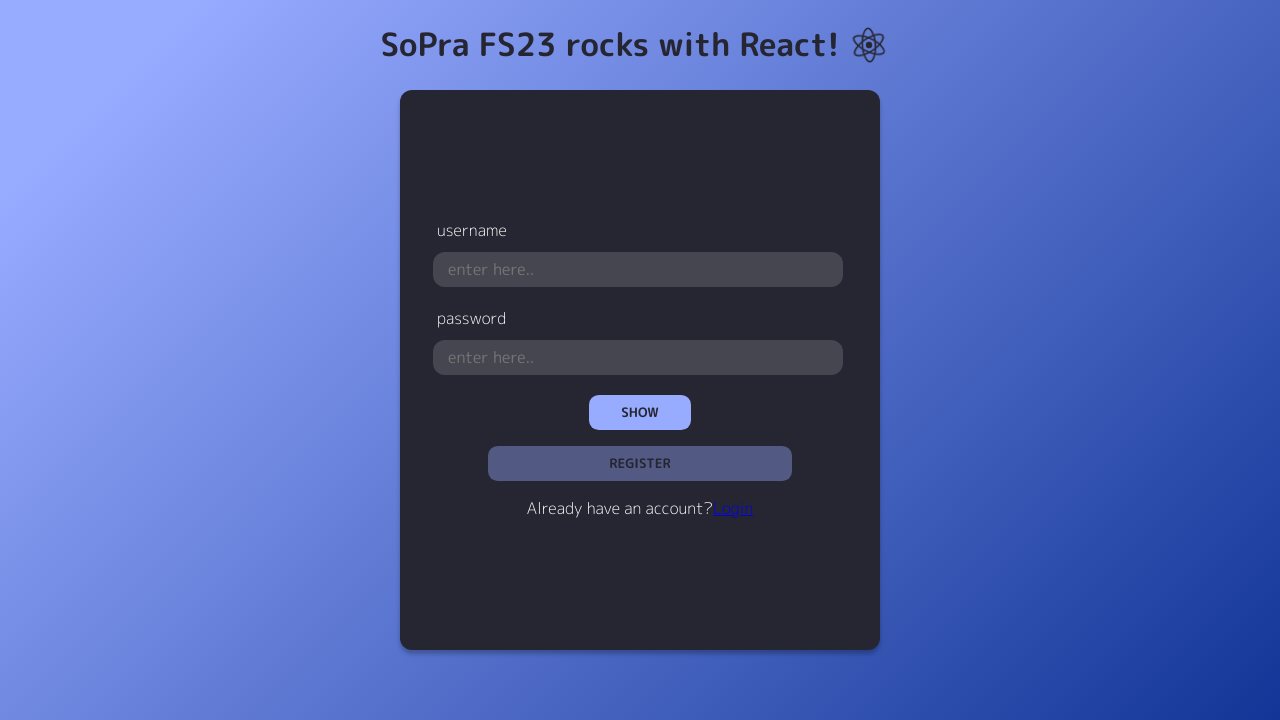
Repository: sopra-fs23-group-01/client
Page: /register
These files come from the project's save history. The page is drawn as it stood at one moment and after the next save; the edit follows.
The browser window is 1280 px wide. The pictures show the whole page.
The project was rebuilt for these pictures with package versions that can differ from the ones it lists, and the page was loaded fresh each time. Also part of the build but not shown: src/components/routing/routeProtectors/GameGuard.js, src/styles/ui/Spinner.scss, src/components/ui/Spinner.js, src/styles/views/Game.scss, src/components/views/Game.js, src/components/routing/routers/GameRouter.js, src/components/routing/routeProtectors/LoginGuard.js, src/styles/views/Login.scss and 4 more.

Above is the page before, as saved 2023-03-08 14:43:24.

### public/index.html
<!DOCTYPE html>
<html lang="en">

<head>
  <meta charset="utf-8">
  <link rel="shortcut icon" href="%PUBLIC_URL%/favicon.ico">
  <meta name="viewport" content="width=device-width, initial-scale=1, shrink-to-fit=no">
  <meta name="theme-color" content="#000000">
  <!--
      manifest.json provides metadata used when your web app is added to the
      homescreen on Android. See https://developers.google.com/web/fundamentals/web-app-manifest/
    -->
  <link rel="manifest" href="%PUBLIC_URL%/manifest.json">
  <!--
      Notice the use of %PUBLIC_URL% in the tags above.
      It will be replaced with the URL of the `public` folder during the build.
      Only files inside the `public` folder can be referenced from the HTML.

      Unlike "/favicon.ico" or "favicon.ico", "%PUBLIC_URL%/favicon.ico" will
      work correctly both with client-side routing and a non-root public URL.
      Learn how to configure a non-root public URL by running `npm run build` or
      have a look at the documentation https://create-react-app.dev/docs/using-the-public-folder/.
    -->
  <title>SoPra FS23 - Group liuzihan</title>
</head>

<body>
  <noscript>
    You need to enable JavaScript to run this app.
  </noscript>
  <div id="root"></div>
  <!--
      This HTML file is a template.
      If you open it directly in the browser, you will see an empty page.

      You can add webfonts, meta tags, or analytics to this file.
      The build step will place the bundled scripts into the <body> tag.

      To begin the development, run `npm run dev`.
      To create a production bundle, use `npm run build`.
    -->
</body>

</html>

### src/index.js
import React from "react";
import ReactDOM from "react-dom";
import "styles/index.scss";
import App from "App";

/**
 * This is the entry point of your React application where the root element is in the public/index.html.
 * We call this a “root” DOM node because everything inside it will be managed by React DOM.
 * Applications built with just React usually have a single root DOM node.
 * More: https://reactjs.org/docs/rendering-elements.html
 */
ReactDOM.render(<App />, document.getElementById("root"));

### src/styles/index.scss
@import url('https://fonts.googleapis.com/css2?family=M+PLUS+Rounded+1c:wght@100;300;400;500;700;800;900&family=Roboto+Mono:wght@300;400;500;700&display=swap');
@import 'styles/theme';

/**
This file contains the general and shared style of your application.
 */
body {
  margin: 0;
  padding: 0;
  min-width: 100vw;
  min-height: 100vh;
  font-family: $fontDefault;
  background-image: linear-gradient(135deg, $accent 10%, $accentDark 100%);
}

input,
textarea,
select,
button {
  font-family: inherit;
  line-height: inherit;
  font-size: inherit;
  outline: none;
}

*:focus {
  outline: none;
}

* {
  -webkit-font-smoothing: antialiased;
  box-sizing: border-box;
}

### src/App.js
import Header from "components/views/Header";
import AppRouter from "components/routing/routers/AppRouter";

/**
 * Happy coding!
 * React Template by Lucas Pelloni
 * Overhauled by Kyrill Hux
 */
const App = () => {
  return (
    <div>
      <Header height="100"/>
      <AppRouter/>
    </div>
  );
};

export default App;

### src/styles/_theme.scss
/*
  This file contains the most basic variables that control how your application will look.
 */

/* Theme Colors

   these values control the colors of your application.
   feel free to play around with these and see what other look you can come up with! :D
*/

$accent: #97ABFF;
$accentDark: #123597;
$textColor: white;
$background: #262632;

/* some constants */

$DESKTOP_WIDTH: 1160px;
$SMALL_LAPTOPS_WIDTH: 970px;
$TABLETS_WIDTH: 750px;
$SMALL_WIDTH: 768px;

/* some standard elements */
/* fonts */
$fontDefault: "M PLUS Rounded 1c", sans-serif;
$fontMono: "Roboto Mono", monospace;

/* a standard drop shadow */
$dropShadow: 0 0.25em 0.25em rgba(0, 0, 0, 0.25);

$borderRadius: 0.75em;

/* mixins

  these allow you to create small snippets that you can insert with a one-liner in other stylesheets
  for an example, see styles/views/Login.scss
*/
@mixin center {
  display: flex;
  align-items: center;
  justify-content: center;
}

### src/components/views/Header.js
import React from "react";
import {ReactLogo} from "components/ui/ReactLogo";
import PropTypes from "prop-types";
import "styles/views/Header.scss";

/**
 * This is an example of a Functional and stateless component (View) in React. Functional components are not classes and thus don't handle internal state changes.
 * Conceptually, components are like JavaScript functions. They accept arbitrary inputs (called “props”) and return React elements describing what should appear on the screen.
 * They are reusable pieces, and think about each piece in isolation.
 * Functional components have to return always something. However, they don't need a "render()" method.
 * https://reactjs.org/docs/components-and-props.html
 * @FunctionalComponent
 */
const Header = props => (
  <div className="header container" style={{height: props.height}}>
    <h1 className="header title">SoPra FS23 rocks with React!</h1>
    <ReactLogo width="60px" height="60px"/>
  </div>
);

Header.propTypes = {
  height: PropTypes.string
};

/**
 * Don't forget to export your component!
 */
export default Header;

### src/components/routing/routers/AppRouter.js
import {BrowserRouter, Redirect, Route, Switch} from "react-router-dom";
import {GameGuard} from "components/routing/routeProtectors/GameGuard";
import GameRouter from "components/routing/routers/GameRouter";
import {LoginGuard} from "components/routing/routeProtectors/LoginGuard";
//  import {ProfileGuard} from "components/routing/routeProtectors/ProfileGuard";
import Login from "components/views/Login";
import Register from "components/views/Register";
import Profile from "components/views/Profile";
import ProfilePage from "components/views/Profile";
import EditProfile from "components/views/EditProfile";

/**
 * Main router of your application.
 * In the following class, different routes are rendered. In our case, there is a Login Route with matches the path "/login"
 * and another Router that matches the route "/game".
 * The main difference between these two routes is the following:
 * /login renders another component without any sub-route
 * /game renders a Router that contains other sub-routes that render in turn other react components
 * Documentation about routing in React: https://reacttraining.com/react-router/web/guides/quick-start
 */
//exactpath是具体路径，只有完全匹配才会切换，path是只要包括就切换。
const AppRouter = () => {
  return (
    <BrowserRouter>
      <Switch>
        <Route path="/game">
          <GameGuard>
            <GameRouter base="/game"/>
          </GameGuard>
        </Route>

        <Route path="/user/:id" component={ProfilePage}>
        <GameGuard>
          <Profile/>
          </GameGuard>
        </Route>

        <Route exact path="/login">
          <LoginGuard>
            <Login/>
          </LoginGuard>
        </Route>

        <Route exact path="/register">
          <LoginGuard>
            <Register/>
          </LoginGuard>
        </Route>

        <Route exact path="/editprofile">
          <GameGuard>
            <EditProfile/>
          </GameGuard>
        </Route>

        <Route exact path="/">
          <Redirect to="/login"/>
        </Route>


      </Switch>
    </BrowserRouter>
  );
};

/*
* Don't forget to export your component!
 */
export default AppRouter;

### src/components/ui/ReactLogo.js
import React from "react";
import "styles/ui/ReactLogo.scss";

export const ReactLogo = props => {
  return (
    <svg viewBox="0 0 841.9 595.3" {...props} className={`react-logo ${props.className ?? ''}`}>
      <g>
        <path d="M666.3 296.5c0-32.5-40.7-63.3-103.1-82.4 14.4-63.6 8-114.2-20.2-130.4-6.5-3.8-14.1-5.6-22.4-5.6v22.3c4.6 0 8.3.9 11.4 2.6 13.6 7.8 19.5 37.5 14.9 75.7-1.1 9.4-2.9 19.3-5.1 29.4-19.6-4.8-41-8.5-63.5-10.9-13.5-18.5-27.5-35.3-41.6-50 32.6-30.3 63.2-46.9 84-46.9V78c-27.5 0-63.5 19.6-99.9 53.6-36.4-33.8-72.4-53.2-99.9-53.2v22.3c20.7 0 51.4 16.5 84 46.6-14 14.7-28 31.4-41.3 49.9-22.6 2.4-44 6.1-63.6 11-2.3-10-4-19.7-5.2-29-4.7-38.2 1.1-67.9 14.6-75.8 3-1.8 6.9-2.6 11.5-2.6V78.5c-8.4 0-16 1.8-22.6 5.6-28.1 16.2-34.4 66.7-19.9 130.1-62.2 19.2-102.7 49.9-102.7 82.3 0 32.5 40.7 63.3 103.1 82.4-14.4 63.6-8 114.2 20.2 130.4 6.5 3.8 14.1 5.6 22.5 5.6 27.5 0 63.5-19.6 99.9-53.6 36.4 33.8 72.4 53.2 99.9 53.2 8.4 0 16-1.8 22.6-5.6 28.1-16.2 34.4-66.7 19.9-130.1 62-19.1 102.5-49.9 102.5-82.3zm-130.2-66.7c-3.7 12.9-8.3 26.2-13.5 39.5-4.1-8-8.4-16-13.1-24-4.6-8-9.5-15.8-14.4-23.4 14.2 2.1 27.9 4.7 41 7.9zm-45.8 106.5c-7.8 13.5-15.8 26.3-24.1 38.2-14.9 1.3-30 2-45.2 2-15.1 0-30.2-.7-45-1.9-8.3-11.9-16.4-24.6-24.2-38-7.6-13.1-14.5-26.4-20.8-39.8 6.2-13.4 13.2-26.8 20.7-39.9 7.8-13.5 15.8-26.3 24.1-38.2 14.9-1.3 30-2 45.2-2 15.1 0 30.2.7 45 1.9 8.3 11.9 16.4 24.6 24.2 38 7.6 13.1 14.5 26.4 20.8 39.8-6.3 13.4-13.2 26.8-20.7 39.9zm32.3-13c5.4 13.4 10 26.8 13.8 39.8-13.1 3.2-26.9 5.9-41.2 8 4.9-7.7 9.8-15.6 14.4-23.7 4.6-8 8.9-16.1 13-24.1zM421.2 430c-9.3-9.6-18.6-20.3-27.8-32 9 .4 18.2.7 27.5.7 9.4 0 18.7-.2 27.8-.7-9 11.7-18.3 22.4-27.5 32zm-74.4-58.9c-14.2-2.1-27.9-4.7-41-7.9 3.7-12.9 8.3-26.2 13.5-39.5 4.1 8 8.4 16 13.1 24 4.7 8 9.5 15.8 14.4 23.4zM420.7 163c9.3 9.6 18.6 20.3 27.8 32-9-.4-18.2-.7-27.5-.7-9.4 0-18.7.2-27.8.7 9-11.7 18.3-22.4 27.5-32zm-74 58.9c-4.9 7.7-9.8 15.6-14.4 23.7-4.6 8-8.9 16-13 24-5.4-13.4-10-26.8-13.8-39.8 13.1-3.1 26.9-5.8 41.2-7.9zm-90.5 125.2c-35.4-15.1-58.3-34.9-58.3-50.6 0-15.7 22.9-35.6 58.3-50.6 8.6-3.7 18-7 27.7-10.1 5.7 19.6 13.2 40 22.5 60.9-9.2 20.8-16.6 41.1-22.2 60.6-9.9-3.1-19.3-6.5-28-10.2zM310 490c-13.6-7.8-19.5-37.5-14.9-75.7 1.1-9.4 2.9-19.3 5.1-29.4 19.6 4.8 41 8.5 63.5 10.9 13.5 18.5 27.5 35.3 41.6 50-32.6 30.3-63.2 46.9-84 46.9-4.5-.1-8.3-1-11.3-2.7zm237.2-76.2c4.7 38.2-1.1 67.9-14.6 75.8-3 1.8-6.9 2.6-11.5 2.6-20.7 0-51.4-16.5-84-46.6 14-14.7 28-31.4 41.3-49.9 22.6-2.4 44-6.1 63.6-11 2.3 10.1 4.1 19.8 5.2 29.1zm38.5-66.7c-8.6 3.7-18 7-27.7 10.1-5.7-19.6-13.2-40-22.5-60.9 9.2-20.8 16.6-41.1 22.2-60.6 9.9 3.1 19.3 6.5 28.1 10.2 35.4 15.1 58.3 34.9 58.3 50.6-.1 15.7-23 35.6-58.4 50.6zM320.8 78.4z" />
        <circle cx="420.9" cy="296.5" r="45.7" />
        <path d="M520.5 78.1z" />
      </g>
    </svg>
  );
};

### src/styles/views/Header.scss
@import 'styles/theme';

.header {
  &.container {
    @include center;
  }

  &.title {
    font-weight: bold;
    color: $background;
    text-align: center;
  }
}

### src/components/views/Register.js
import React, {useState} from 'react';
import {api, handleError} from 'helpers/api';
import User from 'models/User';
import {Link, useHistory, } from 'react-router-dom';
import {Button} from "../ui/Button";
import 'styles/views/Register.scss';
import BaseContainer from "components/ui/BaseContainer";
import PropTypes from "prop-types";

/*
It is possible to add multiple components inside a single file,
however be sure not to clutter your files with an endless amount!
As a rule of thumb, use one file per component and only add small,
specific components that belong to the main one in the same file.
 */
const FormField = props => {
  return (
    <div className="register field">
      <label className="register label">
        {props.label}
      </label>
      <input
        className="register input"
        placeholder="enter here.."
        value={props.value}
        onChange={e => props.onChange(e.target.value)}
      />
    </div>
  );
};

const PasswordField = props => {
  const [showPassword, setShowPassword] = useState(false);

   //use the funtion to control the show of the password
  function toggleShowPassword() {
    setShowPassword(!showPassword);
  }

  return (
    <div className="register field">
      <label className="register label">
        {props.label}
      </label>

      <input type = {showPassword ? 'text' : 'password'}
        className="register input"
        placeholder="enter here.."
        value={props.value}
        onChange={e => props.onChange(e.target.value)  }

      />

      <div className="register button-container1">
       <Button width="25%" onClick={toggleShowPassword }>{showPassword ? 'Hide' : 'Show' }
       </Button>
      </div>
    </div>
  );
};

//to virify the input
FormField.propTypes = {
  label: PropTypes.string,
  value: PropTypes.string,
  onChange: PropTypes.func
};

PasswordField.propTypes = {
  label: PropTypes.string,
  value: PropTypes.string,
  onChange: PropTypes.func
};

//The function to do the register
const Register = props => {
  const history = useHistory();

  const [username, setUsername] = useState(null);
  const [password, setPassword] = useState(null);
  const [confirmPassword, setConfirmPassword] = useState(null);


  const doregister = async () => {
    try {
      const requestBody = JSON.stringify({username, password});
      const response = await api.post('/users', requestBody);

      // Get the returned user and update a new object.
      const user = new User(response.data);

      // Store the token into the local storage.
      localStorage.setItem('username', user.username);
      localStorage.setItem('token', user.token);
      localStorage.setItem('id', user.id);
      console.log(user.token)
      console.log(user.id)

      // Regist successfully worked --> navigate to the route /Login in the GameRouter
      history.push(`/Login`);
    } catch (error) {
      alert(`Something went wrong during the register: \n${handleError(error)}`);
    }
  };

  return (
    <BaseContainer>
      <div className="register container">
        <div className="register form">
          <FormField
            label="Username"
            value={username}
            onChange={un => setUsername(un)}
          />

          <div classname="register password">
          <PasswordField
            label="Password"
            value={password}
            onChange={n => setPassword(n)}
          />

          </div>


          {/* <div classname="register password">
          <PasswordField
            label="Confirm Password"
            value={confirmPassword}
            onChange={n => setConfirmPassword(n)}
          />
          </div> */}

          <div className="register button-container">
            <Button
              disabled={!username || !password ||password.indexOf(" ") !== -1|| username.indexOf(" ") !== -1}
              width="75%"
              onClick={() => doregister()}
            >
              Register
            </Button>
          </div>

          <div className="register button-container">
              Already have an account?
            <Link to={`/login`}>Login</Link>
          </div>


        </div>
      </div>
    </BaseContainer>
  );
};

/**
 * You can get access to the history object's properties via the withRouter.
 * withRouter will pass updated match, location, and history props to the wrapped component whenever it renders.
 */
export default Register;

### src/styles/ui/ReactLogo.scss
@import 'styles/theme';

.react-logo {
  fill: $background;
  animation: spin 2s linear infinite;
}

@keyframes spin {
  100% {
    transform: rotate(360deg);
  }
}

### src/helpers/api.js
import axios from 'axios';
import { getDomain } from 'helpers/getDomain';

export const api = axios.create({
  baseURL: getDomain(),
  headers: { 'Content-Type': 'application/json', 'Access-Control-Allow-Origin': '*' }
});

export const handleError = error => {
  const response = error.response;

  // catch 4xx and 5xx status codes
  if (response && !!`${response.status}`.match(/^[4|5]\d{2}$/)) {
    let info = `\nrequest to: ${response.request.responseURL}`;

    if (response.data.status) {
      info += `\nstatus code: ${response.data.status}`;
      info += `\nerror: ${response.data.error}`;
      info += `\nerror message: ${response.data.message}`;
    } else {
      info += `\nstatus code: ${response.status}`;
      info += `\nerror message:\n${response.data}`;
    }

    console.log('The request was made and answered but was unsuccessful.', error.response);
    return info;
  } else {
    if (error.message.match(/Network Error/)) {
      alert('The server cannot be reached.\nDid you start it?');
    }

    console.log('Something else happened.', error);
    return error.message;
  }
};

### src/models/User.js
/**
 * User model
 */
class User {
  constructor(data = {}) {
    this.id = null;
    this.name = null;
    this.username = null;
    this.token = null;
    this.status = null;
    Object.assign(this, data);
  }
}
export default User;

### src/components/ui/Button.js
import "styles/ui/Button.scss";

export const Button = props => (
  <button
    {...props}
    style={{width: props.width, ...props.style}}
    className={`primary-button ${props.className}`}>
    {props.children}
  </button>
);

### src/components/ui/BaseContainer.js
import 'styles/ui/BaseContainer.scss';
import PropTypes from "prop-types";

const BaseContainer = props => (
  <div {...props} className={`base-container ${props.className ?? ''}`}>
    {props.children}
  </div>
);

BaseContainer.propTypes = {
  children: PropTypes.node,
};

export default BaseContainer;

### src/styles/views/Register.scss
@import 'styles/theme';

.register {
  &.container {
    margin-top: 0em;
    min-height: 400px;
    /* we include the center mixin defined in _theme.scss and save three duplicate lines :) */
    @include center;
    flex-direction: column;
  }
  &.form {
    display: flex;
    flex-direction: column;
    justify-content: center;
    width: 60%;
    max-width: 30em;
    height: 35em;
    font-size: 16px;
    font-weight: 300;
    padding-left: 37px;
    padding-right: 37px;
    border-radius: 0.75em;
    background-color: $background;
    transition: opacity 0.5s ease, transform 0.5s ease;
    box-shadow: $dropShadow;
  }
  &.field {
    display: flex;
    flex-direction: column;
    justify-content: center;
  }
  &.input {
    height: 35px;
    padding-left: 15px;
    margin-left: -4px;
    border: none;
    border-radius: 0.75em;
    margin-bottom: 20px;
    background: transparentize(white, 0.85);
    color: $textColor;
  }
  &.label {
    color: $textColor;
    margin-bottom: 10px;
    text-transform: lowercase;
    font-weight: 300;
  }
  &.button-container {
    display: flex;
    justify-content: center;
    margin-top: 1em;
  }
  &.button-container1 {
    display: flex;
    justify-content: center;
    margin-top: 0em;
  }
}

### src/helpers/getDomain.js
import { isProduction } from 'helpers/isProduction'

/**
 * This helper function returns the current domain of the API.
 * If the environment is production, the production App Engine URL will be returned.
 * Otherwise, the link localhost:8080 will be returned (Spring server default port).
 * @returns {string}
 */
export const getDomain = () => {
  const prodUrl = 'https://sopra-fs23-liu-zihan-server.oa.r.appspot.com/' // TODO: insert your prod url for server (once deployed)
  const devUrl = 'http://localhost:8080'

  return isProduction() ? prodUrl : devUrl
}

### src/styles/ui/Button.scss
@import 'styles/theme';

.primary-button {
  &:hover {
    transform: translateY(-2px);
  }
  &:disabled {
    cursor: default;
    opacity: 0.4;
    &:hover {
      transform: none;
    }
  }
  padding: 6px;
  font-weight: 700;
  text-transform: uppercase;
  font-size: 13px;
  text-align: center;
  height: 35px;
  border: none;
  border-radius: $borderRadius;
  cursor: pointer;
  opacity: 1;
  color: $background;
  background-color: $accent;
  transition: all 0.3s ease;
}

### src/styles/ui/BaseContainer.scss
@import 'styles/theme';

.base-container {
  margin-left: auto;
  padding-left: 15px;
  margin-right: auto;
  padding-right: 15px;
  max-width: $DESKTOP_WIDTH;
  color: $textColor;
}

### src/helpers/isProduction.js
/*
* This helper function returns a flag stating the current environment.
* If an environment variable is found with NODE_ENV set to true,
* then it is a prod environment. Otherwise, dev.
 */
export const isProduction = () => {
  return process.env.NODE_ENV === "production"
}

After the next save:
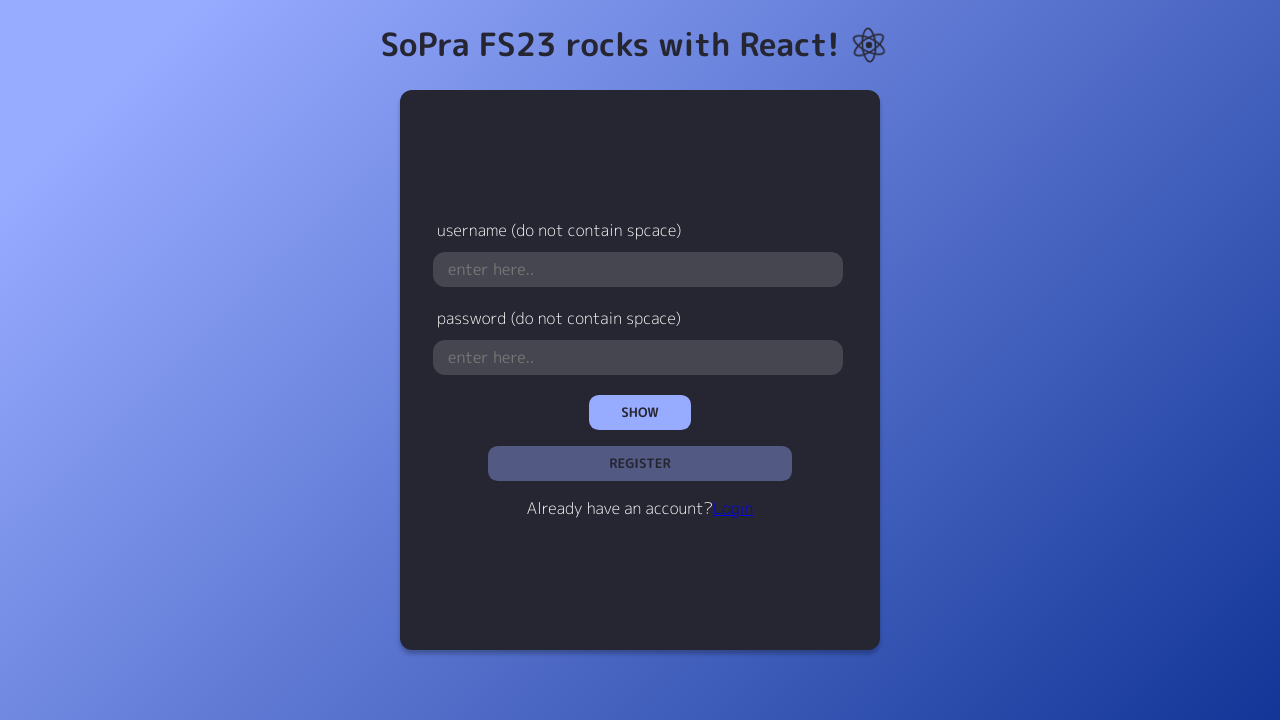
Saved 6 min 18 s later.
--- a/src/components/views/Register.js
+++ b/src/components/views/Register.js
@@ -108,14 +108,14 @@
       <div className="register container">
         <div className="register form">
           <FormField
-            label="Username"
+            label="Username (Do not contain spcace)"
             value={username}
             onChange={un => setUsername(un)}
           />
 
           <div classname="register password">
           <PasswordField
-            label="Password"
+            label="Password (Do not contain spcace)"
             value={password}
             onChange={n => setPassword(n)}
           />
